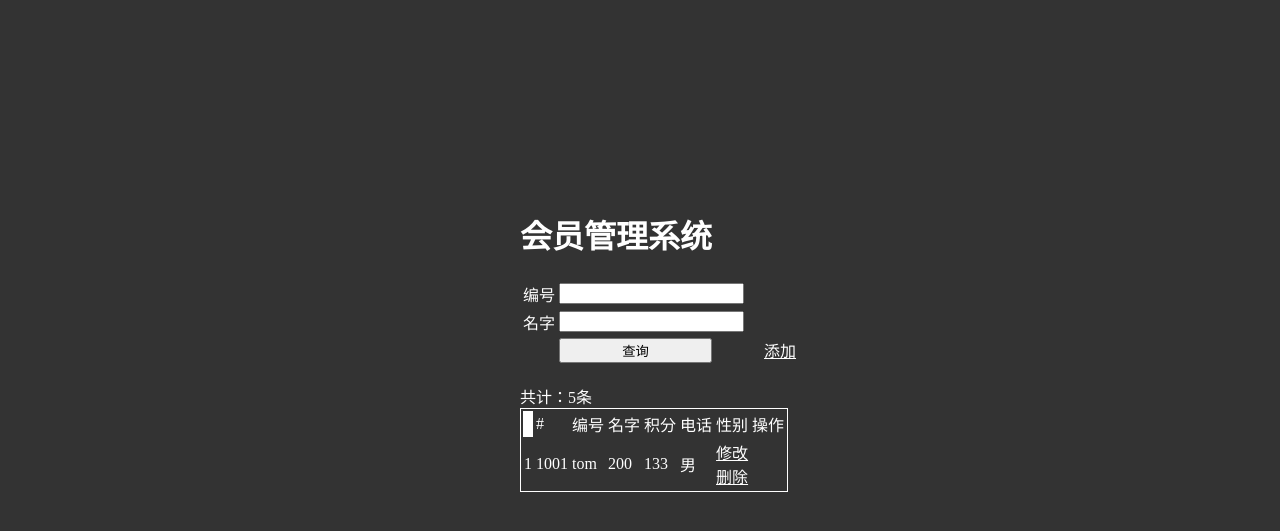
Repository: JasonYan2015/FE-learning-examples
Page: http://localhost/test20160727/home.jsp
An editor plug-in stored every save of this project. The page is shown before and after the next save, followed by the edit.
The browser window is 1280 px wide. The pictures show the whole page.
The page is served by Tomcat 9. Other server files are loaded and not shown.

Above is the page before, as saved 2016-07-28 01:17:05.

### eclipse/test20160727/WebContent/home.jsp
<%@ page language="java" contentType="text/html; charset=UTF-8"
    pageEncoding="UTF-8"%>
<!DOCTYPE html PUBLIC "-//W3C//DTD HTML 4.01 Transitional//EN" "http://www.w3.org/TR/html4/loose.dtd">
<html>
<head>
<meta http-equiv="Content-Type" content="text/html; charset=UTF-8">
<title>Insert title here</title>
	<style>
		body
		{
			position: absolute;
			left: 50%;
			top: 50%;
			margin-left: -120px;
			margin-top: -170px;
 			background-color:#333;
 			font-family: "微软雅黑";
 			color: white;
		}

	</style>
</head>
<body>
	<h1>会员管理系统</h1>
	<form action="select" method="post">
		<table>
			<tr>
				<td>编号</td>
				<td><input type="text" name="id"></td>
				<td></td>
			</tr>
			<tr>
				<td>名字</td>
				<td><input type="text" name="name"></td>
				<td></td>
			</tr>
			<tr>
				<td></td>
				<td><input type="submit" value="查询" style="width: 153px;"></td>
				<td>&nbsp;&nbsp;&nbsp;&nbsp;<a href="add.jsp" style="color: white;">添加</a></td>
			</tr>
		</table>
	</form>

	<br>
	共计：5条
		<table style="border: 1px solid white;">
			<th style="background-color: white;">
				<td>#</td>
				<td>编号</td>
				<td>名字</td>
				<td>积分</td>
				<td>电话</td>
				<td>性别</td>
				<td>操作</td>
			</th>
			<tr>
				<td>1</td>
				<td>1001</td>
				<td>tom</td>
				<td>200</td>
				<td>133</td>
				<td>男</td>
				<td>
					<div id="updateAdr"><a href="update.jsp" style="color: white;">修改</a></div>
					<div id="deleteAdr"><a href="delete.jsp" style="color: white;">删除</a></div>
				</td>
			</tr>
		</table>



</body>
</html>

After the next save:
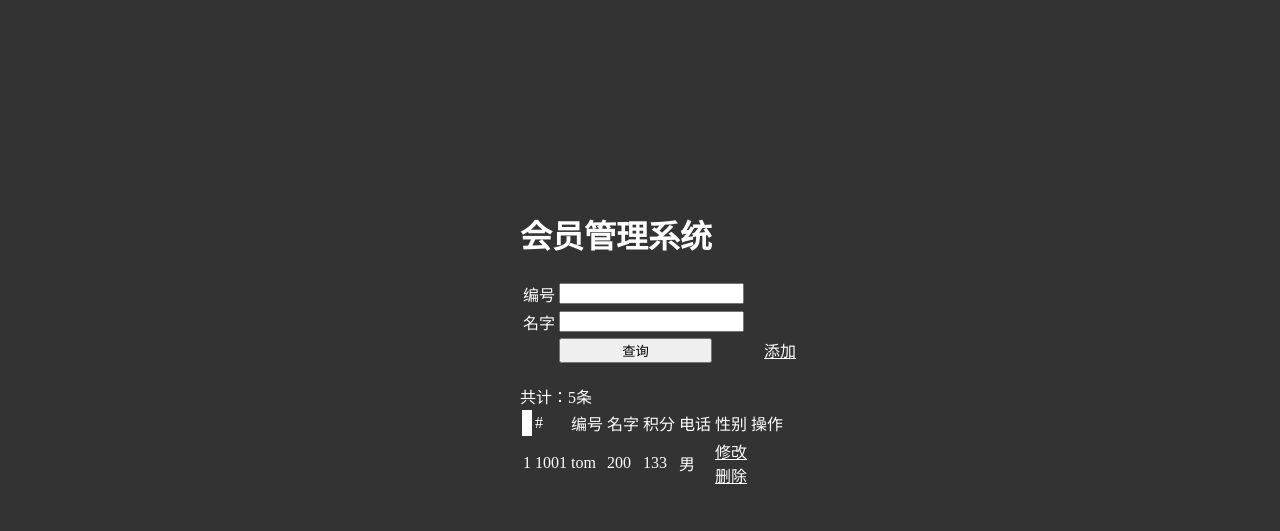
Saved 18 s later.
--- a/eclipse/test20160727/WebContent/home.jsp
+++ b/eclipse/test20160727/WebContent/home.jsp
@@ -44,7 +44,7 @@
 
 	<br>
 	共计：5条
-		<table style="border: 1px solid white;">
+		<table>
 			<th style="background-color: white;">
 				<td>#</td>
 				<td>编号</td>
